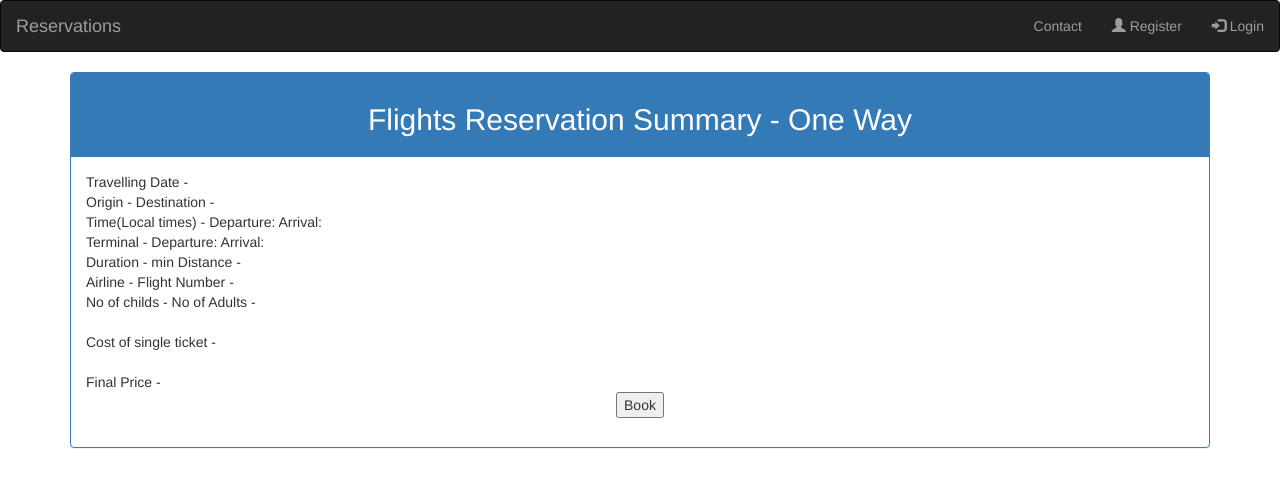
Repository: svnsiva/final-project
Page: http://localhost/flights-car-reservation/WEB-INF/pages/one-summary.jsp
These files come from the project's save history. The page is drawn as it stood at one moment and after the next save; the edit follows.
The browser window is 1280 px wide. The pictures show the whole page.
Some web libraries are served in a nearby version. The page is served by Tomcat 9. Nobody is signed in. The template is opened directly, without the code that normally fills it, so the values that code supplies are empty.

Above is the page before, as saved 2017-08-10 19:04:02.

After the next save:
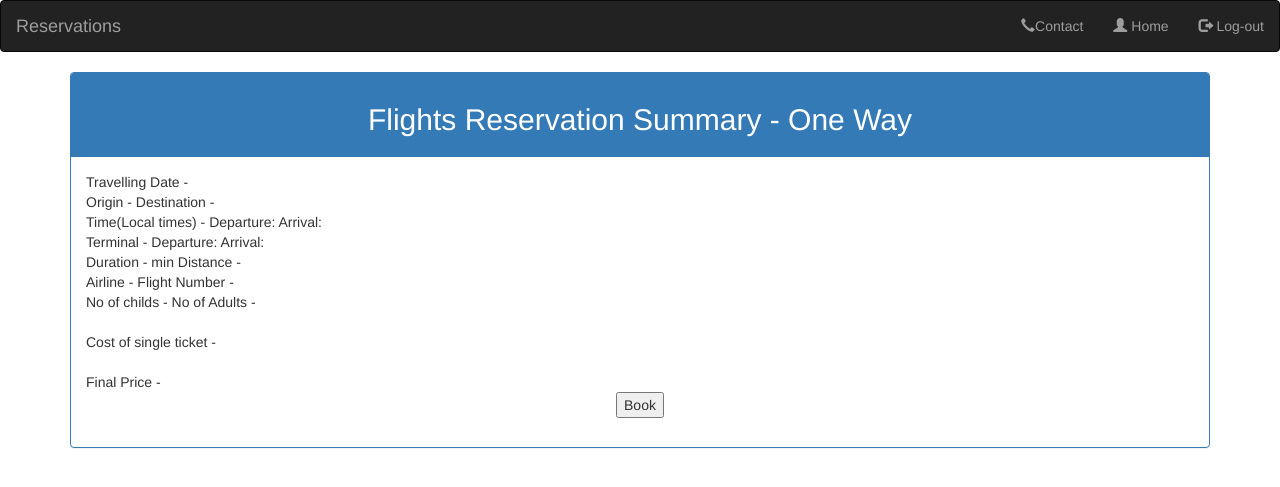
Saved 13 s later.
--- a/flights-car-reservation/src/main/webapp/WEB-INF/pages/one-summary.jsp
+++ b/flights-car-reservation/src/main/webapp/WEB-INF/pages/one-summary.jsp
@@ -19,9 +19,9 @@
     </div>
 
     <ul class="nav navbar-nav navbar-right">
-    	 <li><a href="${pageContext.request.contextPath}/contact">Contact</a></li>
-      <li><a href="${pageContext.request.contextPath}/register"><span class="glyphicon glyphicon-user"></span> Register</a></li>
-   <li><a href="${pageContext.request.contextPath}/login"><span class="glyphicon glyphicon-log-in"></span> Login</a></li>
+    	  <li><a href="${pageContext.request.contextPath}/contact"><span class="glyphicon glyphicon-earphone"></span>Contact</a></li>
+      <li><a href="${pageContext.request.contextPath}/account"><span class="glyphicon glyphicon-user"></span> Home</a></li>
+   <li><a href="${pageContext.request.contextPath}/login"><span class="glyphicon glyphicon-log-out"></span> Log-out</a></li>
     </ul>
   </div>
 </nav>
